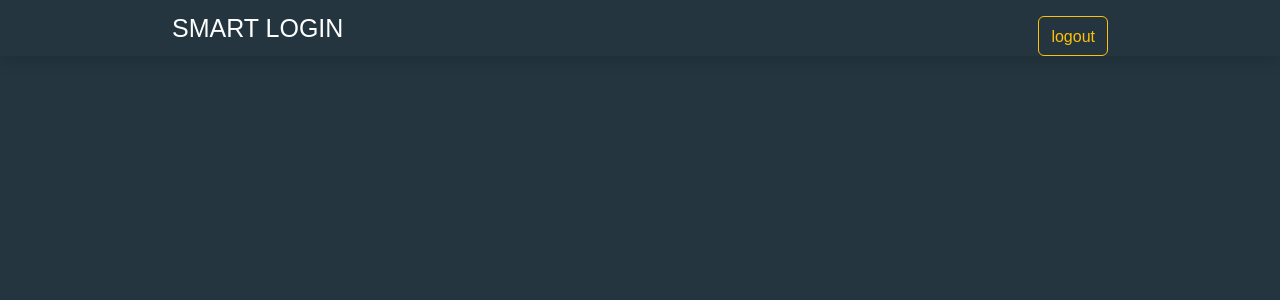
Repository: bodajava/TASK-4
Page: theerdIndex.html
The author's editor kept a copy of each file at every save. The page is drawn from the files as they stood at one save, then again after the next save.
The browser window is 1280 px wide. The pictures show the whole page.

Above is the page before, as saved 2025-06-18 18:56:50.

After the next save:
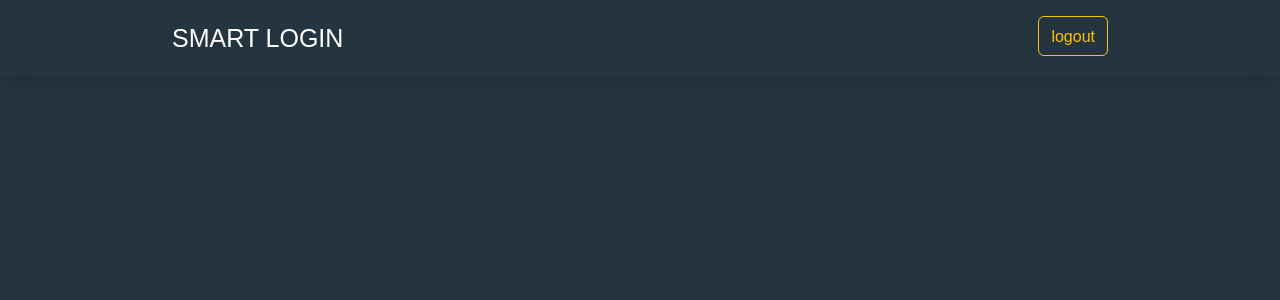
Saved 18 s later.
--- a/CSS/style.css
+++ b/CSS/style.css
@@ -106,7 +106,5 @@ h1 {
 
 ul li {
   margin-right: 90px;
-  display: flex;
-  align-items: center;
-  justify-content: center;
+  margin-bottom: 20px;
 }
